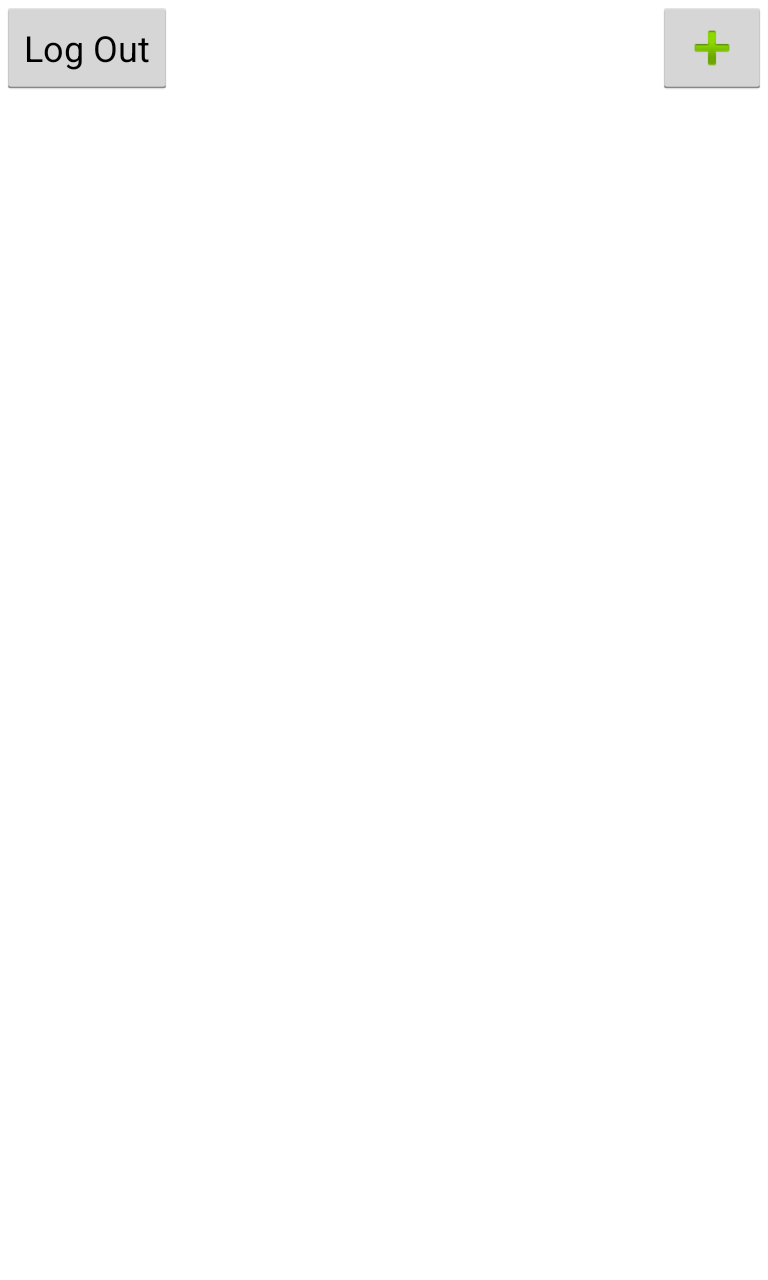
Repository: Dres90/TourngenWS
Layout: APP/Tourngen/res/layout/tournament_list.xml
The author's editor kept a copy of each file at every save. The layout is drawn from the files as they stood at one save, then again after a run of saves.
It is drawn on a 768 x 1280 px phone screen (xhdpi) without system bars, with theme AppTheme; the app's code is not run. Lists and similar views that code fills are empty.

Above is the layout before, as saved 2014-04-11 22:19:58.

After the next 2 saves:
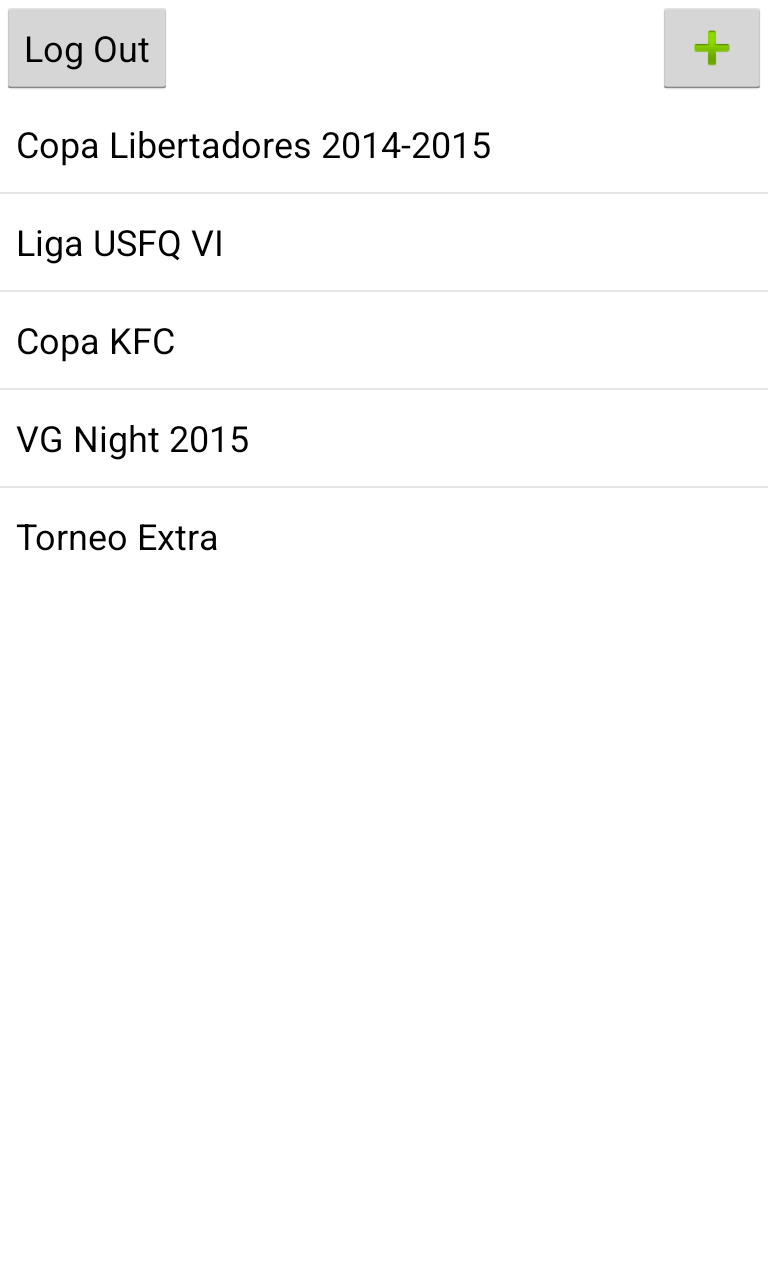
The 2 saves are shown as one change because 1 did not build or start.
The last was saved 6 min 19 s later.
--- a/APP/Tourngen/res/layout/tournament_list.xml
+++ b/APP/Tourngen/res/layout/tournament_list.xml
@@ -5,12 +5,14 @@
     android:columnCount="1" >
 
     <ListView
-        android:id="@android:id/list"
+        android:id="@+id/tournaments"
         android:layout_width="match_parent"
         android:layout_column="0"
         android:layout_gravity="left|top"
         android:layout_row="3"
+        android:entries="@array/Tournaments"
         android:text="List" >
+
     </ListView>
 
     <Button
